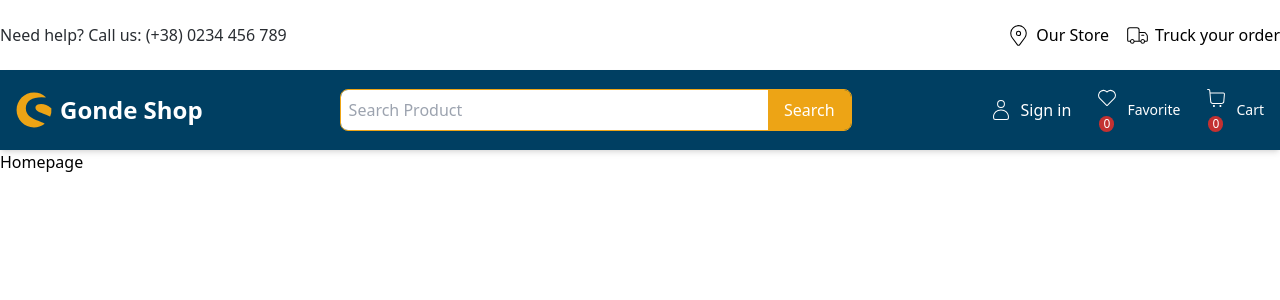
Repository: gonde-974/electonshop
Page: / (app in electonshop/)
An editor plug-in stored every save of this project. The page is shown before and after the next save, followed by the edit.
The browser window is 1280 px wide. The pictures show the whole page.
The page's requests for data from a server got no answer. The project was rebuilt for these pictures with package versions that can differ from the ones it lists, and the page was loaded fresh each time. Some packages were replaced by stand-ins written for this rebuild. No one was signed in, and anything a server would have sent is missing. Also part of the build but not shown: electonshop/vite.config.js, electonshop/src/pages/ProductPage.jsx, electonshop/src/pages/SingleProductPage.jsx, electonshop/src/pages/CartPage.jsx, electonshop/src/pages/ErrorPage.jsx.

Above is the page before, as saved 2025-03-22 06:10:39.

### electonshop/index.html
<!doctype html>
<html lang="en">
  <head>
    <meta charset="UTF-8" />
    <link rel="icon" type="image/svg+xml" href="/vite.svg" />
    <meta name="viewport" content="width=device-width, initial-scale=1.0" />
    <title>Project ELECTON SHOP</title>
  </head>
  <body>
    <div id="root"></div>
    <script type="module" src="/src/main.jsx"></script>
  </body>
</html>

### electonshop/src/main.jsx
import { StrictMode } from 'react'
import { createRoot } from 'react-dom/client'
import './index.css'
import App from './App.jsx'
import { createBrowserRouter, RouterProvider } from 'react-router-dom'
import Homepage from './pages/Homepage.jsx'
import ProductPage from './pages/ProductPage.jsx'
import SingleProductPage from './pages/SingleProductPage.jsx'
import CartPage from './pages/CartPage.jsx'
import ErrorPage from './pages/ErrorPage.jsx'
import { ClerkProvider } from '@clerk/clerk-react'

// Import your Publishable Key
const PUBLISHABLE_KEY = import.meta.env.VITE_CLERK_PUBLISHABLE_KEY

if (!PUBLISHABLE_KEY) {
  throw new Error("Missing Publishable Key")
}

//Router
const router = createBrowserRouter([
  {
    path: '/',
    element: <App />,
    errorElement: <ErrorPage/>,
    children: [
      { path: '/', element: <Homepage /> },
      { path: '/productPage', element: <ProductPage /> },
      { path: '/singleProductPage/:productId', element: <SingleProductPage /> },
      { path: '/cart', element: <ErrorPage /> }
    ]
  }
])

createRoot(document.getElementById('root')).render(
  <StrictMode>
    <ClerkProvider publishableKey={PUBLISHABLE_KEY}>
    <RouterProvider router={router}/>
    </ClerkProvider>
  </StrictMode>
)

### electonshop/src/index.css
@tailwind base;
@tailwind components;
@tailwind utilities;

/* NAVBAR COMPONENT */

@layer components {
  .nav-container {
    @apply bg-mainBlue text-whiteTextColor shadow-md;
  }

  .nav-wrapper {
    @apply container mx-auto flex items-center justify-between p-4;
  }

  .nav-logo {
    @apply flex items-center gap-2 text-xl md:text-2xl font-bold;
  }

  .logo-icon {
    @apply text-mainYellow md:text-4xl;
  }

  .search-bar {
    @apply hidden md:flex flex-grow mx-4 items-center border border-mainYellow rounded-lg overflow-hidden max-w-lg w-full lg:w-1/3;
  }

  .search-input {
    @apply p-2 w-full focus:outline-none text-blackTextColor;
  }

  .search-button {
    @apply bg-mainYellow px-4 py-2 text-whiteTextColor;
  }

  .nav-icons {
    @apply hidden md:flex gap-6;
  }

  .nav-link {
    @apply hover:text-mainYellow flex items-center gap-1;
  }

  .nav-text {
    @apply text-sm;
  }

  .menu-button {
    @apply md:hidden text-whiteTextColor;
  }

  .mobile-nav {
    @apply md:hidden flex flex-col items-center gap-4 py-4 bg-mainBlue text-whiteTextColor;
  }

  .mobile-search-bar {
    @apply flex w-[90%] items-center border border-mainYellow rounded-lg overflow-hidden;
  }

  .mobile-menu {
    @apply flex flex-col items-center gap-3;
  }

  .mobile-nav-link {
    @apply hover:text-mainYellow;
  }

  .mobile-icons {
    @apply flex gap-6;
  }


}

@layer components {
  .nav-icons {
    @apply flex items-center gap-6;
  }

  .nav-item {
    @apply flex items-center gap-2;
  }

  .nav-link {
    @apply text-sm font-medium transition-all hover:text-mainYellow;
  }

  .nav-counter {
    @apply inline-block text-xs bg-mainRed text-white px-1 rounded-full mx-1;
  }
}





/* ERROR PAGE */

@layer components {
  .error-container {
    @apply flex flex-col items-center justify-center h-screen bg-gray-100 p-4;
  }

  .error-icon {
    @apply text-mainRed mb-4;
  }

  .error-title {
    @apply text-3xl font-bold text-blackTextColor mb-2;
  }

  .error-text {
    @apply text-lg text-gray-700 mb-6 text-center max-w-md;
  }

  .error-button {
    @apply px-6 py-3 bg-mainBlue text-whiteTextColor rounded-full transition-all hover:bg-mainYellow;
  }
}

### electonshop/src/App.jsx
import { useState } from 'react'

import './App.css'
import NavBarComponent from './components/NavBarComponent'
import { Outlet } from 'react-router-dom'

function App() {


  return (
    <>
     <div>
      <NavBarComponent />
      <Outlet />
     </div>


    </>
  )
}

export default App

### electonshop/src/components/NavBarComponent.jsx
import React, { useState } from "react";
import { NavLink } from "react-router-dom";
import { Menu, X } from "lucide-react";
import HeadingComponent from "./HeadingComponent";
import { FaShopware } from "react-icons/fa";
import { CiUser, CiHeart, CiShoppingCart } from "react-icons/ci";
import { SignedIn, SignedOut,SignInButton, UserButton } from "@clerk/clerk-react";

function NavBarComponent() {
  const [isOpen, setIsOpen] = useState(false);

  // Array of navigation items (currently not used in render, but available for future enhancements)
  const navItems = [
    {
      item: <CiUser />,
      title: "SignIn",
      path: "/"
    },
    {
      item: <CiHeart />,
      title: "Favorite",
      path: "/",
      count: 0
    },
    {
      item: <CiShoppingCart />,
      title: "Cart",
      path: "/Cart",
      count: 0
    }
  ];

  return (
    <>
      {/* Top Header */}
      <HeadingComponent />

      {/* Main Navigation Bar */}
      <nav className="nav-container">
        <div className="nav-wrapper">
          {/* Logo Section */}
          <div className="nav-logo">
            <FaShopware className="logo-icon" />
            <span>Gonde Shop</span>
          </div>

          {/* Desktop Search Bar */}
          <div className="search-bar">
            <input
              type="text"
              placeholder="Search Product"
              className="search-input"
            />
            <button className="search-button">Search</button>
          </div>

          {/* Desktop Navigation Icons */}
          <ul className="nav-icons">
            <li className="nav-item">
              <CiUser size={24} />
              <SignedOut>
                 <SignInButton />
             </SignedOut>
             <SignedIn>
              <UserButton/>
             </SignedIn>
            </li>
            <li className="nav-item relative">
              {/* Favorite icon with counter */}
              <div className="relative">
                <CiHeart size={24} />
                <span className="nav-counter">0</span>
              </div>
              <NavLink to="/" className="nav-link">
                Favorite
              </NavLink>
            </li>
            <li className="nav-item relative">
              {/* Cart icon with counter */}
              <div className="relative">
                <CiShoppingCart size={24} />
                <span className="nav-counter">0</span>
              </div>
              <NavLink to="/cart" className="nav-link">
                Cart
              </NavLink>
            </li>
          </ul>

          {/* Hamburger Menu for Mobile */}
          <button
            onClick={() => setIsOpen(!isOpen)}
            className="menu-button"
          >
            {isOpen ? <X size={28} /> : <Menu size={28} />}
          </button>
        </div>

        {/* Mobile Navigation */}
        {isOpen && (
          <div className="mobile-nav">
            {/* Mobile Search Bar */}
            <div className="mobile-search-bar">
              <input
                type="text"
                placeholder="Search Product"
                className="search-input"
              />
              <button className="search-button">Search</button>
            </div>
          </div>
        )}
      </nav>
    </>
  );
}

export default NavBarComponent;

### electonshop/src/components/HeadingComponent.jsx
import React from 'react'

// ICONS
import { CiLocationOn } from "react-icons/ci";
import { CiDeliveryTruck } from "react-icons/ci";

function HeadingComponent() {
  return (
    <div className='container mx-auto flex flex-col md:flex-row justify-center items-center md:justify-between h-[70px] gap-[10px]'>
        <h3 className='text-blackTextColor'>Need help? Call us: (+38) 0234 456 789</h3>
        <div className='flex items-center gap-[16px]'>
            <div className='flex items-center gap-[5px]'>
                <CiLocationOn color="black" size={25}/>
                <span>Our Store</span>
            </div>
            <div className='flex items-center gap-[5px]'>
                <CiDeliveryTruck color="black" size={25}/>
                <span>Truck your order</span>
            </div>
        </div>
    </div>
  )
}

export default HeadingComponent

### electonshop/tailwind.config.js
/** @type {import('tailwindcss').Config} */
export default {
  content: [
    "./index.html",
    "./src/**/*.{js,ts,jsx,tsx}",
  ],
  theme: {
    extend: {
      colors:{
        'mainBlue': '#003F62',
        'mainYellow': '#EDA415',
        'mainRed': '#C33131',
        'whiteTextColor': '#FFFFFF',
        'blackTextColor': '#292D32',
        'lightBlueColor': '#E22F4F',
        'lightGreenColor': '#30BD57'
      }
    },
  },
  plugins: [],
}

### electonshop/src/components/CategoryComponents.jsx
import React from 'react'

function CategoryComponents() {
  return (
    <div>CategoryComponents</div>
  )
}

export default CategoryComponents

Loaded but not shown: electonshop/src/pages/Homepage.jsx (common file); electonshop/src/App.css (no stored copy; drawn as an empty file)

After the next save:
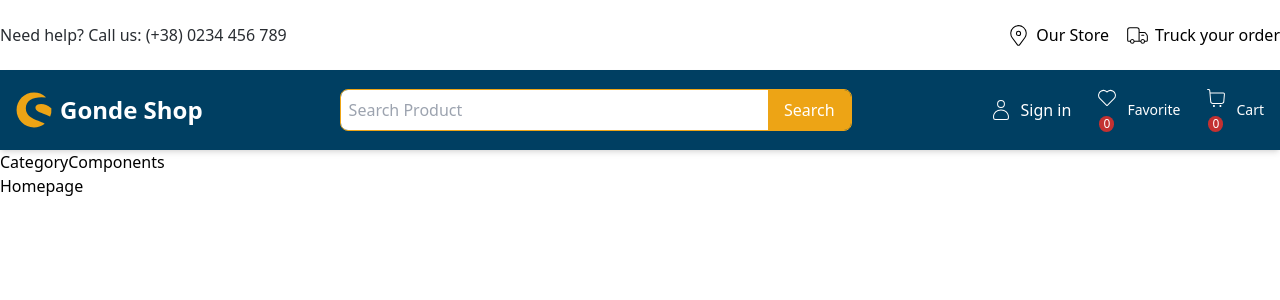
Saved 87 s later.
--- a/electonshop/src/components/NavBarComponent.jsx
+++ b/electonshop/src/components/NavBarComponent.jsx
@@ -5,6 +5,7 @@
 import { FaShopware } from "react-icons/fa";
 import { CiUser, CiHeart, CiShoppingCart } from "react-icons/ci";
 import { SignedIn, SignedOut,SignInButton, UserButton } from "@clerk/clerk-react";
+import CategoryComponents from "./CategoryComponents";
 
 function NavBarComponent() {
   const [isOpen, setIsOpen] = useState(false);
@@ -111,6 +112,9 @@
           </div>
         )}
       </nav>
+
+      {/* Botton Header */}
+      <CategoryComponents/>
     </>
   );
 }
